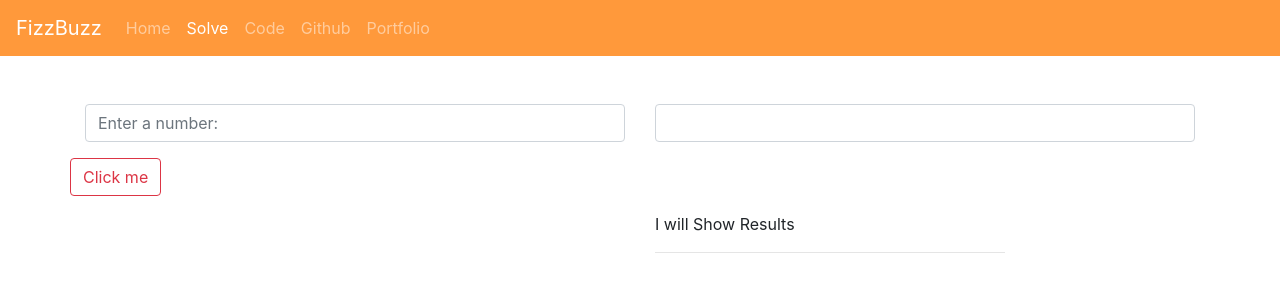
Repository: zhadjah9559/FizzBuzz
Page: solve.html
These files come from the project's save history. The page is drawn as it stood at one moment and after the next save; the edit follows.
The browser window is 1280 px wide. The pictures show the whole page.

Above is the page before, as saved 2021-01-12 11:28:38.

### solve.html
<!doctype html>
<html lang="en">
  <head>
    <title>Title</title>
    <!-- Required meta tags -->
    <meta charset="utf-8">
    <meta name="viewport" content="width=device-width, initial-scale=1, shrink-to-fit=no">

    <!-- Bootstrap CSS -->
    <link rel="stylesheet" href="https://stackpath.bootstrapcdn.com/bootstrap/4.3.1/css/bootstrap.min.css" integrity="sha384-ggOyR0iXCbMQv3Xipma34MD+dH/1fQ784/j6cY/iJTQUOhcWr7x9JvoRxT2MZw1T" crossorigin="anonymous">
    <link rel="stylesheet" href="css/fizzbuzz.css">
  </head>
  <body>

    <nav class="navbar navbar-expand-sm navbar-dark" style="background-color: #ff993b;">
        <a class="navbar-brand" href="#">FizzBuzz</a>
        <button class="navbar-toggler d-lg-none" type="button" data-toggle="collapse" data-target="#collapsibleNavId" aria-controls="collapsibleNavId"
            aria-expanded="false" aria-label="Toggle navigation"></button>
        <div class="collapse navbar-collapse" id="collapsibleNavId">
            <ul class="navbar-nav mr-auto mt-2 mt-lg-0">
                <li class="nav-item">
                    <a class="nav-link" href="index.html">Home </a>
                </li>
                <li class="nav-item">
                    <a class="nav-link active" href="solve.html">Solve <span class="sr-only">(current)</span></a>
                </li>
                <li class="nav-item">
                    <a class="nav-link" href="code.html">Code</a>
                </li>
                <li class="nav-item">
                    <a class="nav-link" target="_blank" href="https://github.com/zhadjah9559/FizzBuzz">Github</a>
                </li>
                <li class="nav-item">
                    <a class="nav-link" target="_blank" href="https://www.zacharyhadjah.netlify.app">Portfolio</a>
                </li>


            </ul>
        </div>
    </nav>

    <div class="container pt-5">


        <div class="row">
            <div class="col form-group">
                <input class="form-control" id="input1" placeholder="Enter a number:" type="number"/>
            </div>
            <div class="col form-group">
                <input class="form-control" id="input2">
            </div>
        </div>


        <div class="row">
            <div class="col-6-offset-3 form-group">
                <button class="btn btn-outline-danger btnWide" id="fizzButton">Click me</button>
            </div>
        </div>
        <div class="row">
            <div class="col-4 offset-6">
                <p>I will Show Results</p>
                <hr/>
                <p id="results"></p>
            </div>
        </div>



    </div>


    <!-- Optional JavaScript -->
    <!-- jQuery first, then Popper.js, then Bootstrap JS -->
    <script src="https://code.jquery.com/jquery-3.3.1.slim.min.js" integrity="sha384-q8i/X+965DzO0rT7abK41JStQIAqVgRVzpbzo5smXKp4YfRvH+8abtTE1Pi6jizo" crossorigin="anonymous"></script>
    <script src="https://cdnjs.cloudflare.com/ajax/libs/popper.js/1.14.7/umd/popper.min.js" integrity="sha384-UO2eT0CpHqdSJQ6hJty5KVphtPhzWj9WO1clHTMGa3JDZwrnQq4sF86dIHNDz0W1" crossorigin="anonymous"></script>
    <script src="https://stackpath.bootstrapcdn.com/bootstrap/4.3.1/js/bootstrap.min.js" integrity="sha384-JjSmVgyd0p3pXB1rRibZUAYoIIy6OrQ6VrjIEaFf/nJGzIxFDsf4x0xIM+B07jRM" crossorigin="anonymous"></script>
    <script src="js/FizzBuzz.js"></script>

  </body>
</html>

### css/fizzbuzz.css
.btnWide{
    width:100%;

}

Loaded but not shown: js/FizzBuzz.js (no copy from this time; the picture is the same without it)

After the next save:
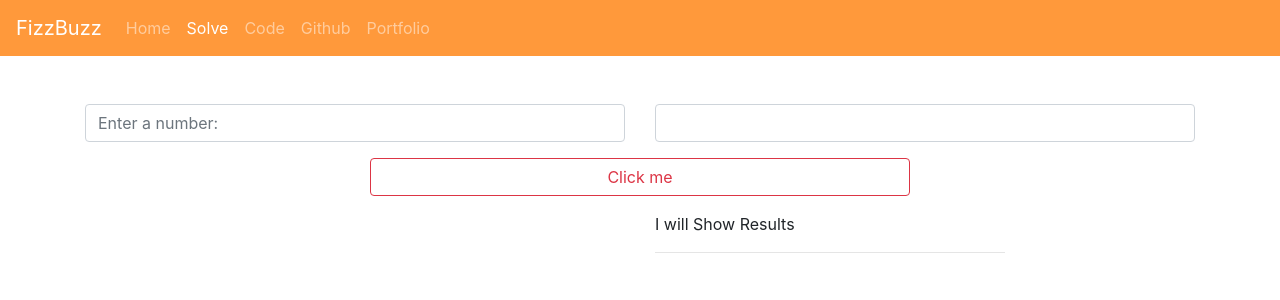
Saved 2 min 43 s later.
--- a/solve.html
+++ b/solve.html
@@ -53,7 +53,7 @@
 
 
         <div class="row">
-            <div class="col-6-offset-3 form-group">
+            <div class="col-6 offset-3 form-group">
                 <button class="btn btn-outline-danger btnWide" id="fizzButton">Click me</button>
             </div>
         </div>
